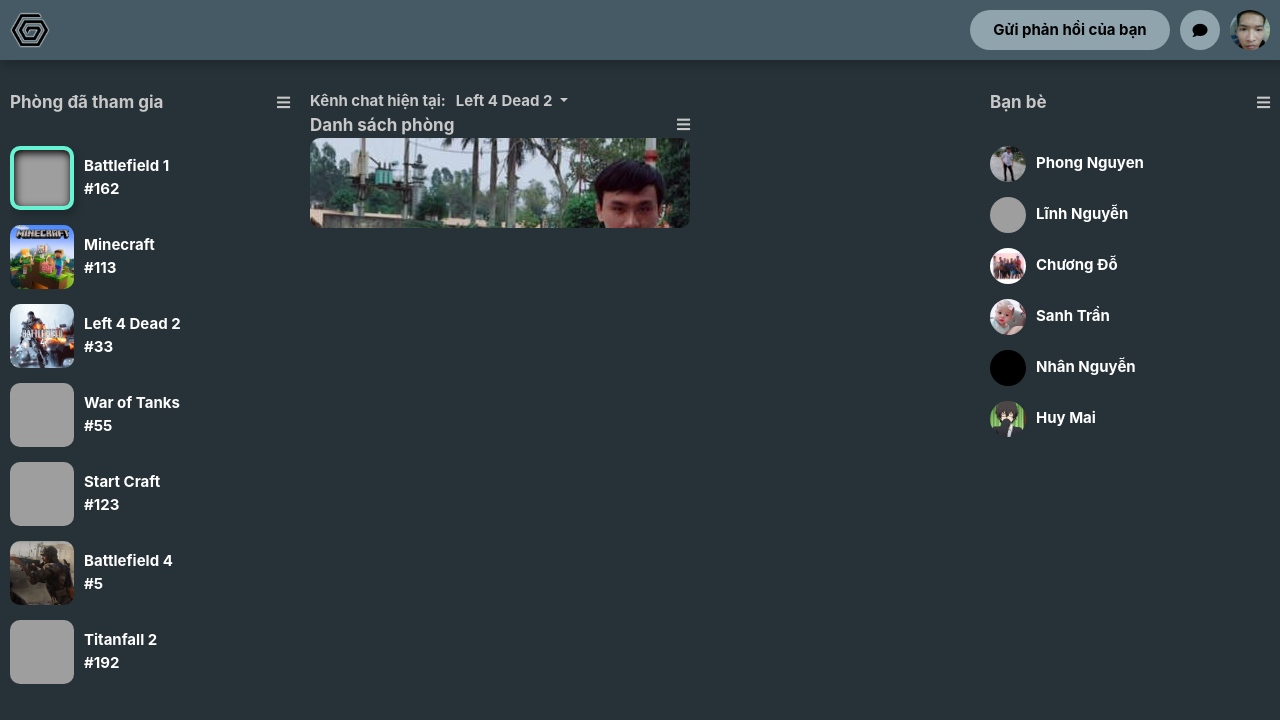
Repository: GammingCommnunity/docs
Page: web-layout/v2/html/index.html
An editor plug-in stored every save of this project. The page is shown before and after the next save, followed by the edit.
The browser window is 1280 px wide. The pictures show the whole page.
Pictures or frames that could not be fetched are drawn as grey boxes.

Above is the page before, as saved 2020-03-06 11:00:08.

After the next save:
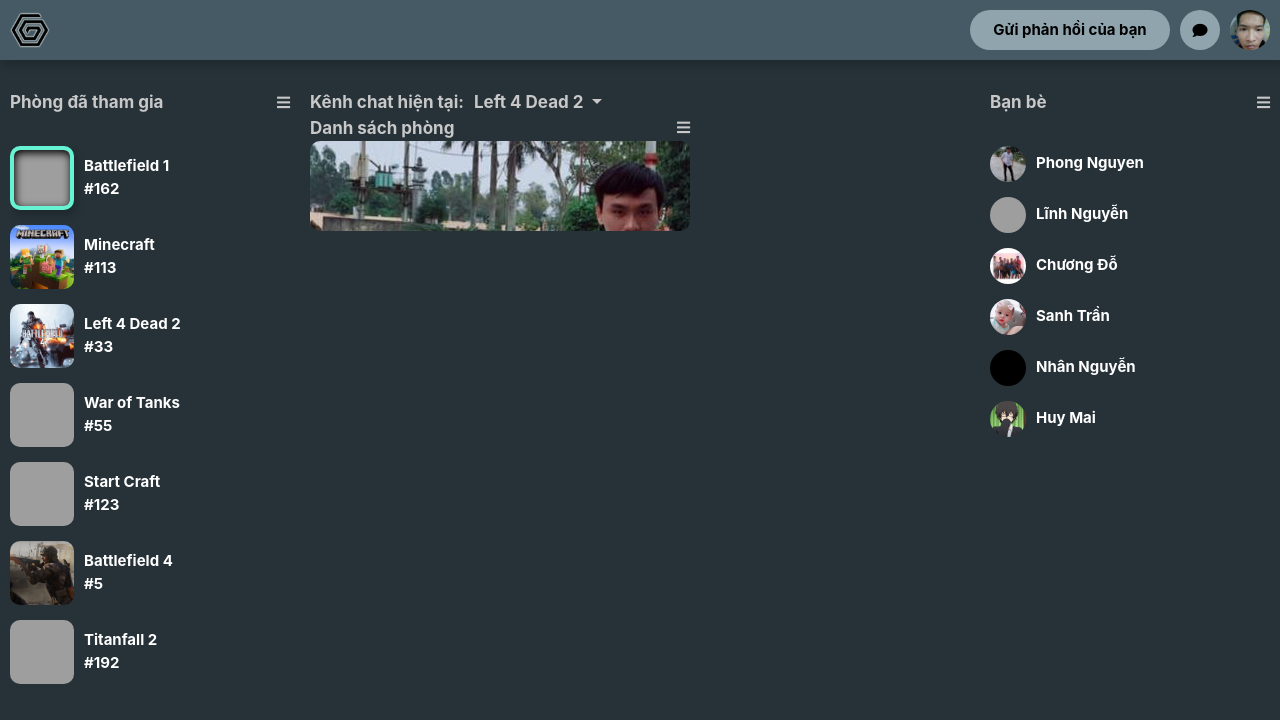
Saved 38 s later.
--- a/web-layout/v2/html/index.html
+++ b/web-layout/v2/html/index.html
@@ -311,6 +311,7 @@
 
 		.game-channels-head label{
 			color: var(--secondary-text);
+			font-size: var(--text-size-lg);
 			font-weight: bold;
 			padding-right: 10px;
 		}
